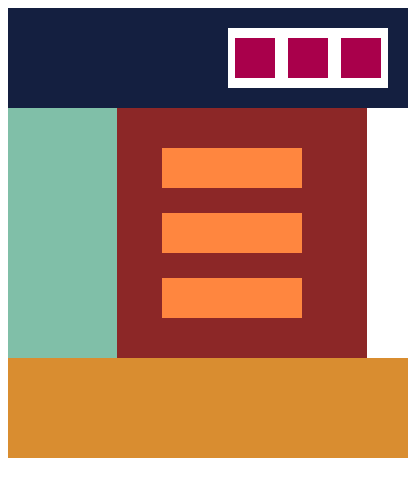
Repository: natuki-i/curriculum
Page: http://localhost/
These files come from the project's save history. The page is drawn as it stood at one moment and after the next save; the edit follows.
The browser window is 375 px wide. The page is 408 px wide, so the pictures cover 408 px, including what lies to the right of the window. The pictures show the whole page.
The page is run by PHP 8.4 with error messages shown; the project is at /var/www/html/.

Above is the page before, as saved 2022-11-26 22:23:35.

### PHPjob/1/index.html
<!DOCTYPE html>
<html lang="en">
<head>
    <meta charset="UTF-8">
    <meta http-equiv="X-UA-Compatible" content="IE=edge">
    <meta name="viewport" content="width=device-width, initial-scale=1.0">
    <title>Document</title>
    <link rel="stylesheet" href="/css/style.css"
</head>
<body>
    <div class="header">
        <div class="h-boxs">
            <div class="h-box h-box1"></div>
            <div class="h-box h-box2"></div>
            <div class="h-box h-box3"></div>
        </div>
    </div>
    <div class="main clearfix">
        <div class="left"></div>
        <div class="right">
            <div class="mr-boxs">
                <div class="mr-box mr-box1"></div>
                <div class="mr-box mr-box2"></div>
                <div class="mr-box mr-box3"></div>
            </div>
        </div>
    </div>
    <div class="footer"></div>
</body>
</html>

### PHPjob/1/css/style.css
.header {
    width: 400px;
    height: 100px;
    background-color: #141f40;
    display: flex;
    align-items: center;
    justify-content: flex-end;
}

.h-boxs {
    width: 160px;
    height: 60px;
    margin-right: 20px;
    background-color: white;
    display: flex;
    align-items: center;
    justify-content: space-around;
}

.h-box {
    width: 40px;
    height: 40px;
    background-color: #a9004b;
}

.main {
    display: flex;
}

.left {
    width: 150px;
    height: 250px;
    background-color: #80bfa8;
}

.right {
    width: 250px;
    height: 250px;
    background-color: #8c2727;
    display: flex;
    /* align-items: center; */
    justify-content: flex-start;
}

.mr-boxs {
    width: 150px;
    height: 170px;
    margin: 40px 60px 40px 40px;
    display: flex;
    align-items: center;
    flex-direction: column;
    justify-content: space-between;
}

.mr-box {
    width: 140px;
    height: 40px;
    background-color: #ff863f;
    border-width: thick;
    border-color: white;
}

.footer {
    width: 400px;
    height: 100px;
    background-color: #d98d30;
}

@media screen and (max-width: 4479px) {

}

After the next save:
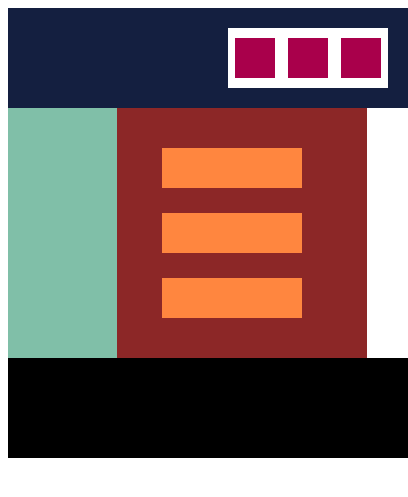
Saved 6 min 58 s later.
--- a/PHPjob/1/css/style.css
+++ b/PHPjob/1/css/style.css
@@ -66,6 +66,11 @@
     background-color: #d98d30;
 }
 
-@media screen and (max-width: 4479px) {
+@media screen and (max-width: 479px) {
 
+    .footer {
+        width: 400px;
+        height: 100px;
+        background-color: black;
+    }
 }
